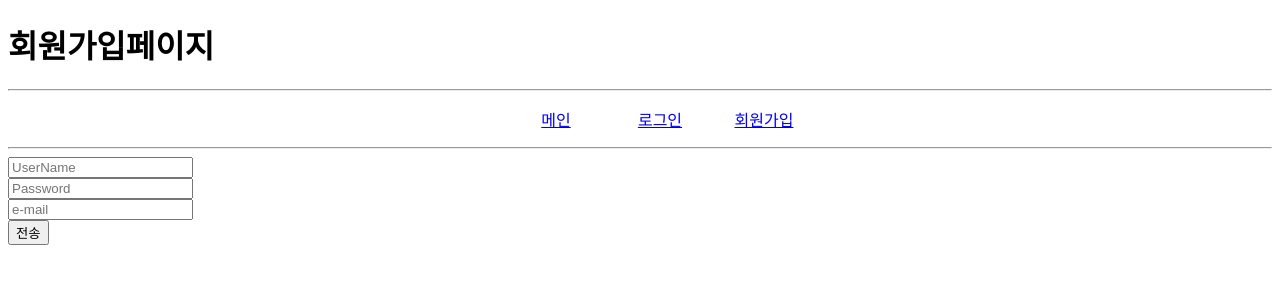
Repository: sunandjun/jspwork
Page: http://localhost/cos/join.jsp
These files come from the project's save history. The page is drawn as it stood at one moment and after the next save; the edit follows.
The browser window is 1280 px wide. The pictures show the whole page.
The page is served by Tomcat 9. Other server files are loaded and not shown.

Above is the page before, as saved 2020-08-22 06:26:44.

### cos/WebContent/join.jsp
<%@ page language="java" contentType="text/html; charset=UTF-8"
    pageEncoding="UTF-8"%>
<!DOCTYPE html>
<html>
<head>
<meta charset="UTF-8">
<title>회원가입페이지</title>
<style type="text/css">
	ul {
		text-align: center;
	}

	li {
		display: inline-block;
		width: 100px;
	}

</style>
</head>
<body>
<h1>회원가입페이지</h1>
<hr/>
<ul>
	<li><a href="main.jsp">메인</a></li>
	<li><a href="login.jsp">로그인</a></li>
	<li><a href="join.jsp">회원가입</a></li>
</ul>
<hr/>

<!-- form 테그는 데이터를 전송하기 위한 박스 -->
<form action="joinProc.jsp" method="post">
	<!-- input에 name 이 있어야 전송될 곳에서 값을 확인 할 수 있다. -->
	<input type="text" name="username" placeholder="UserName"/><br/>
	<input type="password" name="password" placeholder="Password"/><br/>
	<input type="email" name="email" placeholder="e-mail"/><br/>
	<button>전송</button> <!-- 버튼은 form 안에 있어야 전송을 한다. -->
</form>


</body>
</html>

### cos/WebContent/layout/header.jsp
<%@ page language="java" contentType="text/html; charset=UTF-8"
    pageEncoding="UTF-8"%>
<!DOCTYPE html>
<html>
<head>
<meta charset="UTF-8">
<title>메인페이지</title>
<style type="text/css">
	ul {
		text-align: center;
	}

	li {
		display: inline-block;
		width: 100px;
	}

</style>
</head>
<body>
<ul>
	<li><a href="main.jsp">메인</a></li>
	<li><a href="login.jsp">로그인</a></li>
	<li><a href="join.jsp">회원가입</a></li>
</ul>
<hr/>

### cos/WebContent/layout/footer.jsp
<%@ page language="java" contentType="text/html; charset=UTF-8"
    pageEncoding="UTF-8"%>
    <hr/>
    <h1>푸터!!</h1>
</body>
</html>

After the next save:
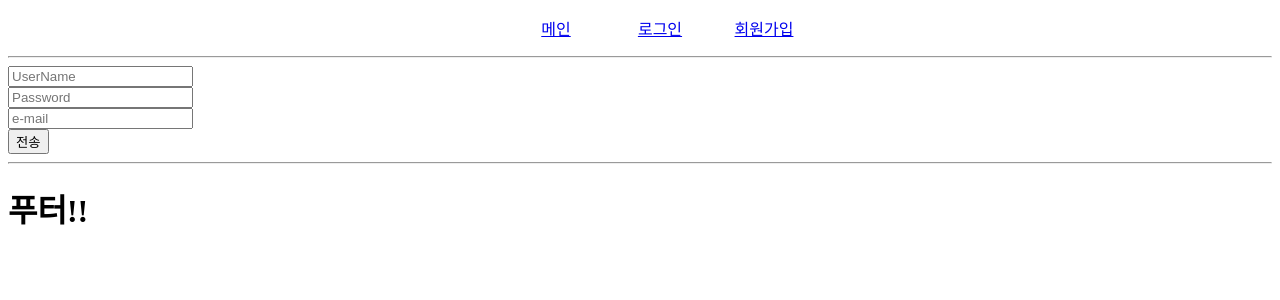
Saved 82 s later.
--- a/cos/WebContent/join.jsp
+++ b/cos/WebContent/join.jsp
@@ -1,31 +1,6 @@
 <%@ page language="java" contentType="text/html; charset=UTF-8"
     pageEncoding="UTF-8"%>
-<!DOCTYPE html>
-<html>
-<head>
-<meta charset="UTF-8">
-<title>회원가입페이지</title>
-<style type="text/css">
-	ul {
-		text-align: center;
-	}
-
-	li {
-		display: inline-block;
-		width: 100px;
-	}
-
-</style>
-</head>
-<body>
-<h1>회원가입페이지</h1>
-<hr/>
-<ul>
-	<li><a href="main.jsp">메인</a></li>
-	<li><a href="login.jsp">로그인</a></li>
-	<li><a href="join.jsp">회원가입</a></li>
-</ul>
-<hr/>
+<%@ include file="layout/header.jsp" %>
 
 <!-- form 테그는 데이터를 전송하기 위한 박스 -->
 <form action="joinProc.jsp" method="post">
@@ -37,5 +12,4 @@
 </form>
 
 
-</body>
-</html>
+<%@ include file="layout/footer.jsp" %>
